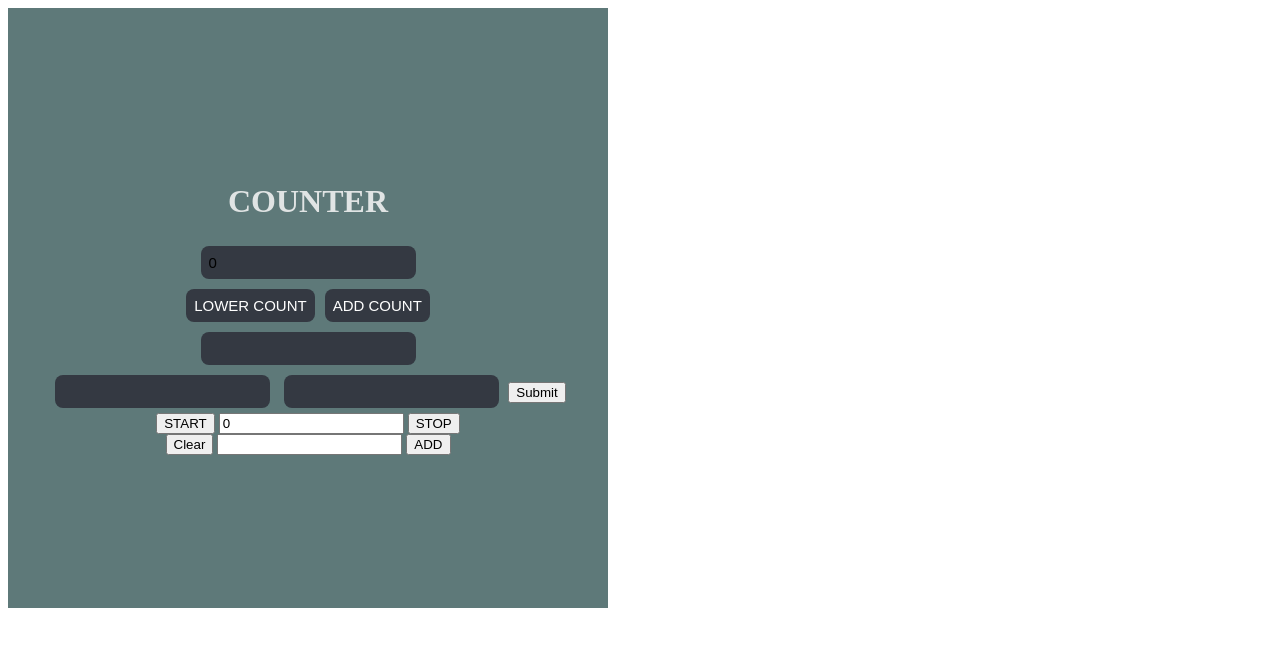
Repository: sedashahnazaryan/Caunter
Page: index.html
The author's editor kept a copy of each file at every save. The page is drawn from the files as they stood at one save, then again after the next save.
The browser window is 1280 px wide. The pictures show the whole page.

Above is the page before, as saved 2022-02-15 01:35:15.

### index.html
<!DOCTYPE html>
<html lang="en">
<head>
    <meta charset="UTF-8">
    <meta http-equiv="X-UA-Compatible" content="IE=edge">
    <meta name="viewport" content="width=device-width, initial-scale=1.0">
    <title>Caunter</title>
    <link rel="stylesheet" href="./index.css">
</head>

<body>
    <div class="container">

        <h1 class="counter">COUNTER</h1>
    <input class="item1"id="input" type="text" value="0">
    <div class="btn-item">
        <button id="lower" onclick="">LOWER COUNT </button>
        <button id ="add">ADD COUNT</button>
    </div>

    <input id ="result" type="text">
    <div class="add-item">
        <input id="num1" type="text">
        <input id="num2" type="text">
        <button id="submit">Submit</button>
    </div>

    <div class="item1">
        <button id ="start">START</button>
         <input id ="interval"value=0 type="text">
          <button id ="stop">STOP</button>
    </div>
    <div class="item2">
        <button id ="adding">Clear</button>
        <input id="result-fibo" type="text">
        <button id="add-fibo">ADD</button>
    </div>
</div>

   <script src="./index.js"></script>
</body>
</html>

### index.css




.container{
  display: flex;
  height: 600px;
  width: 600px;
  justify-content: center;
  align-items: center;
  background-color: rgb(94, 121, 121);
  flex-direction: column;
}

.counter{
color: rgba(243, 243, 243, 0.87);

}



.btn-item{
    display: flex;
    justify-content: center;

}
#add,#lower {
    background-color: #343942;
    color: white;
    padding: 8px;
    border-radius: 8px;
    border: none;
    font-size: 15px;
    margin: 5px;
    cursor: pointer;

}
/* #lower {
    background-color: #498AFB;
    color: white;
    padding: 8px;
    border-radius: 8px;
    border: none;
    font-size: 15px;
    cursor: pointer; */

           #input{
        background-color: #343942;
        /* color: white; */
        padding: 8px;
        border-radius: 8px;
        border: none;
        font-size: 15px;
        margin: 5px;
        cursor: pointer;
    }
    #result{
        background-color: #343942;
        padding: 8px;
        border-radius: 8px;
        border: none;
        font-size: 15px;
        margin: 5px;
        cursor: pointer;
    }
    #num1,#num2{
        background-color: #343942;
        padding: 8px;
        border-radius: 8px;
        border: none;
        font-size: 15px;
        margin: 5px;
        cursor: pointer;

    }

### index.js
let counterDisplayElem = document.getElementById('input');
let counterMinusElem = document.getElementById('lower');
let counterPlusElem = document.getElementById('add');
let result=document.getElementById('result');
let num1 =document.getElementById('num1');
let num2 =document.getElementById('num2');
let submit=document.getElementById('submit');
let number = 0;



counterPlusElem.addEventListener("click",()=>{
    counterDisplayElem.value++;
}) ;

counterMinusElem.addEventListener("click",()=>{
    counterDisplayElem.value--;
});

function curry(a){
    return function(b){
       return a+b;
    }

};
submit.addEventListener('click',()=>{
result.value=curry(+num1.value)(+num2.value);

});
function fibonacci(num){
    if(num<=1){
        return num;

    }
      return fibonacci(num-1)+fibonacci(num-2);
    //   0,1,1,2,3,5,8,13,21-8րդ թիվն է
}
document.getElementById("add-fibo").addEventListener('click',()=>{
    document.getElementById('result-fibo').value+=fibonacci(number);
    number++;


    })

    document.getElementById("adding").addEventListener("click", ()=>{
        document.getElementById("result-fibo").value = "";
        number=0;
      });

      let interval;
      function starting(){
      interval=setInterval(() => {
          document.getElementById('interval').value++;

      }, 500)};

      function off(){
        clearInterval(interval);
        document.getElementById('interval').value="";

      }
      document.getElementById('start').addEventListener('click',starting)


      document.getElementById('stop').addEventListener('click',off);

After the next save:
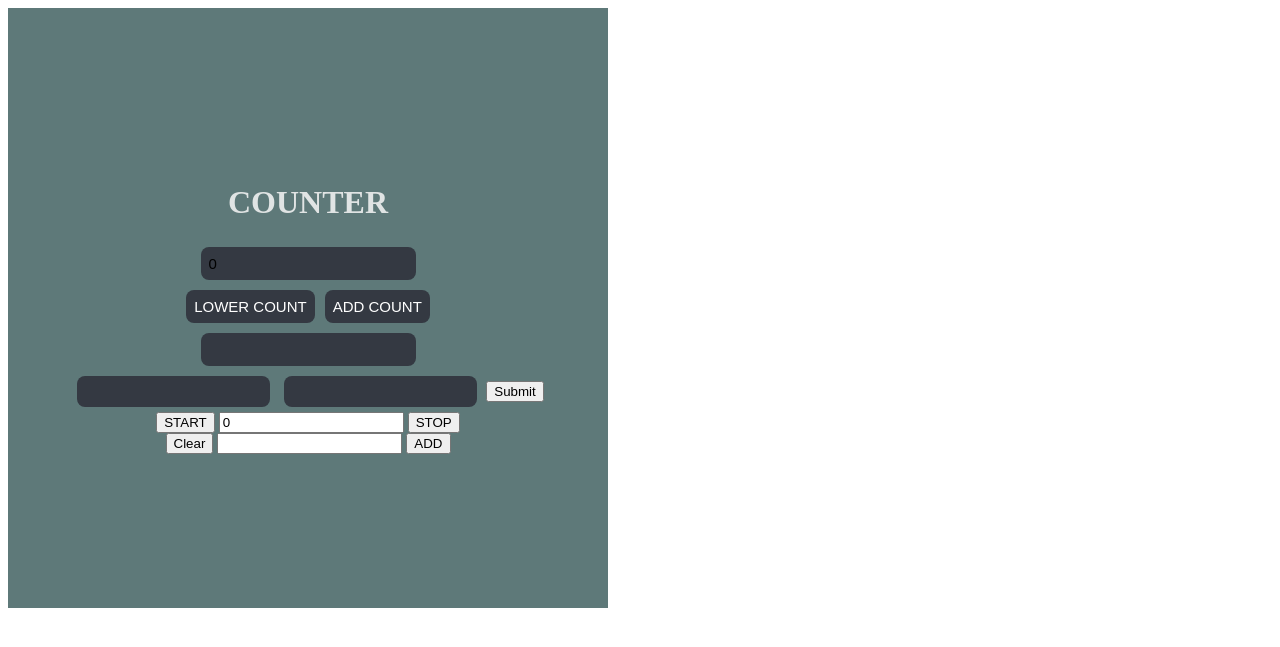
Saved 15 s later.
--- a/index.css
+++ b/index.css
@@ -68,7 +68,7 @@ color: rgba(243, 243, 243, 0.87);
         padding: 8px;
         border-radius: 8px;
         border: none;
-        font-size: 15px;
+        font-size: px;
         margin: 5px;
         cursor: pointer;
 
